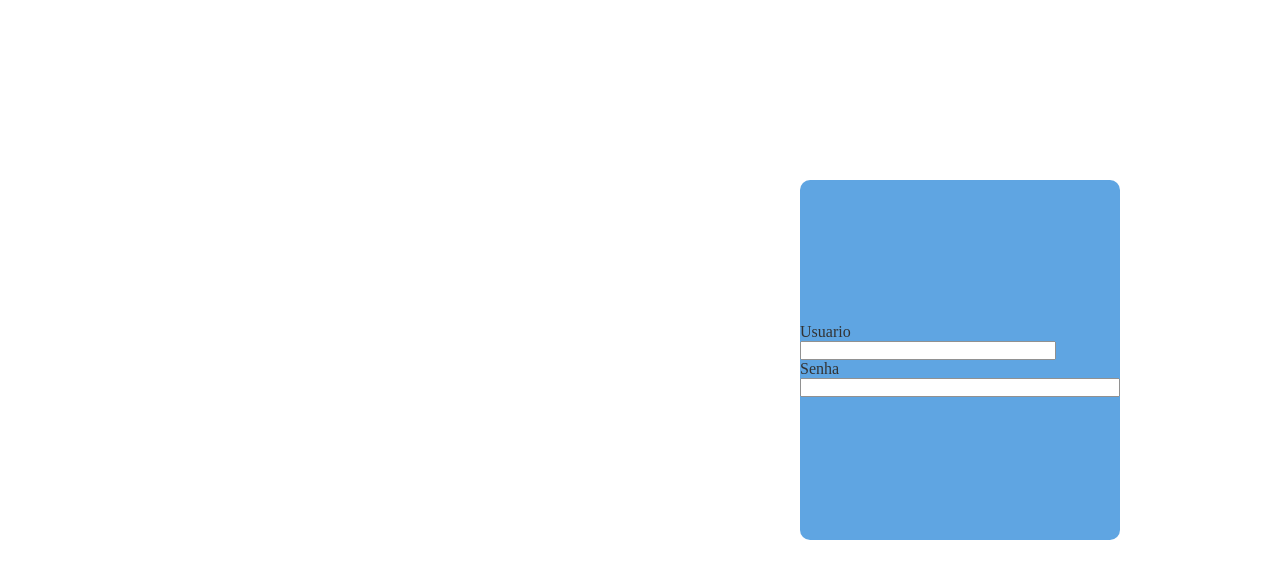
Repository: KevynMarques/Estudos-Reactjs-Firebase
Page: /
The author's editor kept a copy of each file at every save. The page is drawn from the files as they stood at one save, then again after a run of saves.
The browser window is 1280 px wide. The pictures show the whole page.
The page's requests for data from a server got no answer. The project was rebuilt for these pictures with package versions that can differ from the ones it lists, and the page was loaded fresh each time. No one was signed in, and anything a server would have sent is missing. Also part of the build but not shown: src/Pages/Page2.jsx.

Above is the page before, as saved 2022-08-23 13:09:23.

After the next 3 saves:
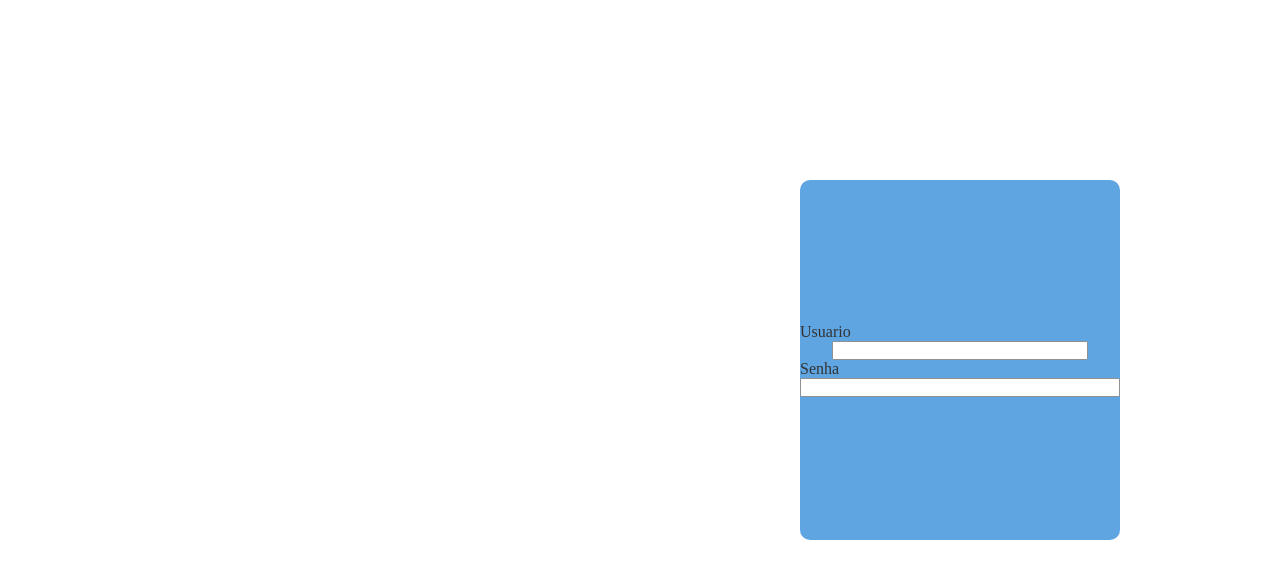
The 3 saves are shown as one change because they came seconds apart.
The last was saved 12 s later.
--- a/src/Components/Login/style.jsx
+++ b/src/Components/Login/style.jsx
@@ -21,6 +21,7 @@ export const BoxLogin = styled.div`
 
 export const InputEmail = styled.input`
 width: 80%;
+margin-left: 10%;
 
 `;
 
